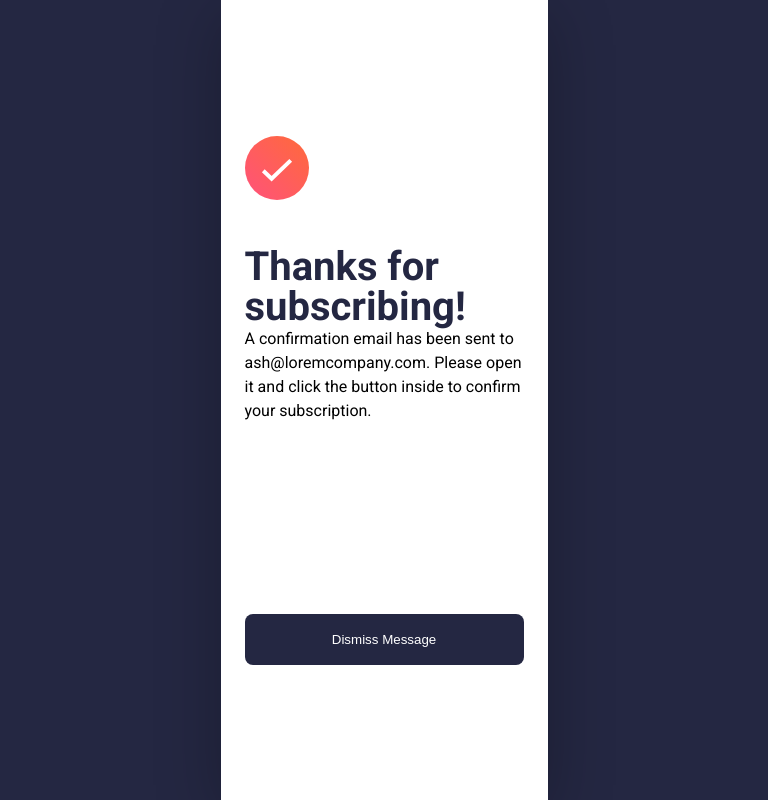
Repository: brandontaylor1/newsletter-signup
Page: success.html
An editor plug-in stored every save of this project. The page is shown before and after the next save, followed by the edit.
The browser window is 768 px wide. The pictures show the whole page.

Above is the page before, as saved 2025-01-20 10:33:21.

### success.html
<!DOCTYPE html>
<html lang="en">
<head>
    <meta charset="UTF-8">
    <meta name="viewport" content="width=device-width, initial-scale=1.0">
    <link rel="preconnect" href="https://fonts.googleapis.com">
    <link rel="preconnect" href="https://fonts.gstatic.com" crossorigin>
    <link href="https://fonts.googleapis.com/css2?family=Roboto:ital,wght@0,100..900;1,100..900&display=swap" rel="stylesheet">
    <link rel="stylesheet" href="success.css">
    <title>Success | Newsletter Sign Up</title>
</head>
<body>
    <main class="container">
        <div class="success-card">
            <div class="success-card-text">
                <img src="./assets/images/icon-success.svg" alt="success icon">
                <h1>Thanks for subscribing!</h1>
                <p>A confirmation email has been sent to <span>ash@loremcompany.com</span>. Please open it and click the button inside to confirm your subscription.</p>
            </div>
            <button id="dismiss-btn">Dismiss Message</button>
        </div>
    </main>


    <script src="success.js"></script>
</body>
</html>

### success.css
* {
    margin: 0;
    padding: 0;
    box-sizing: border-box;
}

:root {
    /* COLORS */

    --primary-color-tomato: hsl(4, 100%, 67%);
    --neutral-color-white: hsl(0, 0%, 100%);
    --neutral-color-darkGray: hsl(234, 29%, 20%);
    --neutral-color-charcoalGray: hsl(235, 18%, 26%);
    --neutral-color-gray: hsl(231, 7%, 60%);

    /* FONTS */
    --fontWeight-regular: 400;
    --fontWeight-heavy: 700;
}

body {
    font-family: "Roboto", sans-serif;
    font-size: 16px;
    line-height: 1.5;
}

.container {
    display: flex;
    justify-content: center;
    align-items: center;
    height: 100vh;
    background-color: var(--neutral-color-darkGray);
}

.success-card {
    width: 504px;
    height: 520px;
    background-color: var(--neutral-color-white);
    border-radius: 36px;
    box-shadow: 0px 15px 60px 0px rgba(0, 0, 0, 0.25);
    padding: 64px 64px;
    display: flex;
    flex-direction: column;
    justify-content: space-between;
    align-items: left;

}

.success-card h1 {
    color: var(--neutral-color-darkGray);
    /* Heading */
    font-family: Roboto;
    font-size: 56px;
    font-style: normal;
    font-weight: 700;
    line-height: 100%; /* 56px */
}

.success-card img {
    width: 64px;
    height: 64px;
}

button {
    width: 100%;
    padding: 18px 0;
    text-align: center;
    border: none;
    cursor: pointer;
    border-radius: 8px;
    background: var(--Dark-Navy, #242742);
    color: white;
    transition: all 0.3s ease;
}

button:hover {
    background: var(--Gradient-1, linear-gradient(204deg, #FF6A3A 0%, #FF527B 100%));
    box-shadow: 0px 16px 32px 0px rgba(255, 97, 85, 0.50);
}


/* Responsive */

@media screen and (max-width: 800px) {

    .container {
        display: flex;
        flex-direction: column;
        align-items: center;
        justify-content: center;
    }

    .success-card {
        width: 327px;
        height: 812px;
        padding: 40px 24px;
        border-radius: 0px;
        display: flex;
        flex-direction: column;
        justify-content: space-around;
        align-items: center;
    }

    .success-card h1 {
        width: 100%;
        color: var(--Dark-Navy, #242742);
        font-family: Roboto;
        font-size: 40px;
        font-style: normal;
        font-weight: 700;
        line-height: 100%;
    }

    .success-card img {
        width: 64px;
        height: 64px;
        margin-bottom: 40px;
    }

    #dismiss-btn {
        position: relative;
        bottom: 0;
        right: 0;
        left: 0;

    }
}

### success.js
const dismissBtn = document.querySelector('#dismiss-btn');

dismissBtn.addEventListener('click', () => {
    window.location.href = 'index.html';
})

After the next save:
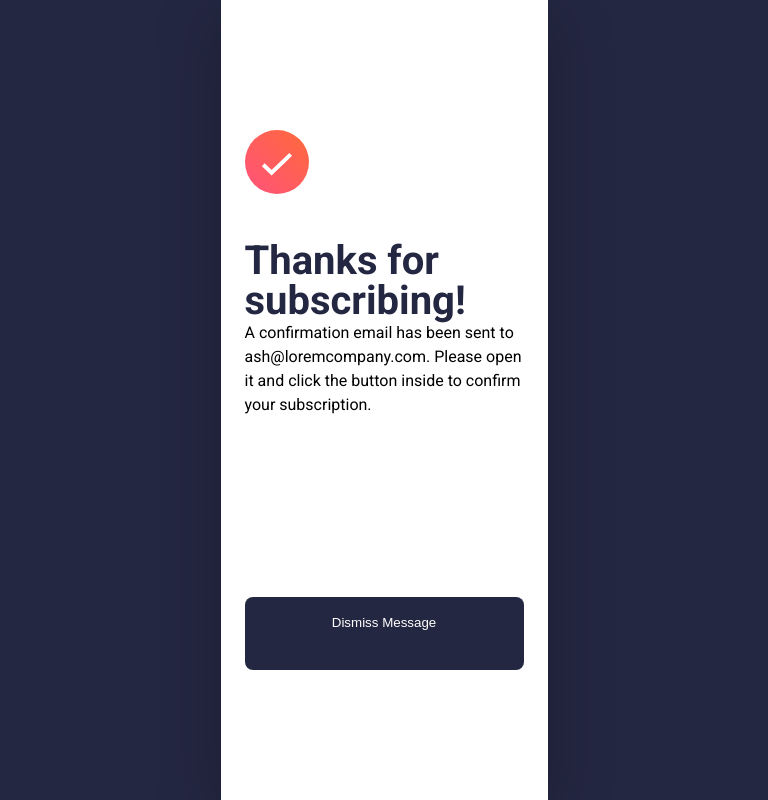
Saved 22 s later.
--- a/success.css
+++ b/success.css
@@ -118,10 +118,7 @@ button:hover {
     }
 
     #dismiss-btn {
-        position: relative;
-        bottom: 0;
-        right: 0;
-        left: 0;
+        padding-bottom: 40px;
 
     }
 }
